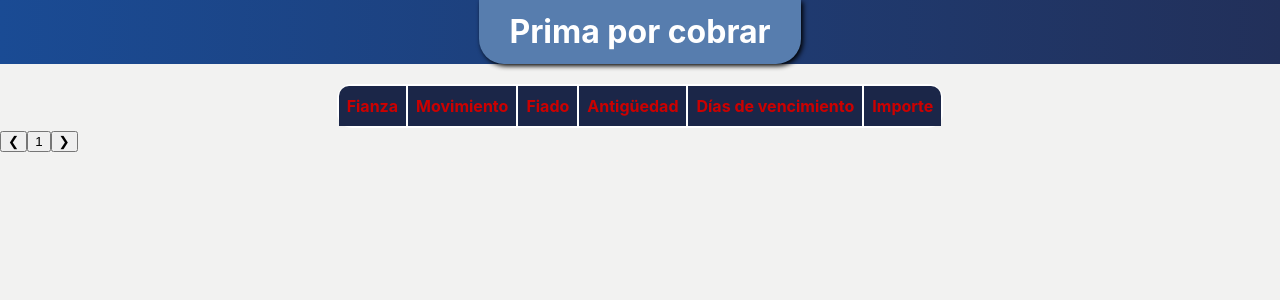
Repository: PCGP22/prueba-t-cnica-liberty-finanzas
Page: / (app in Prueba técnica full-stack/client/)
The author's editor kept a copy of each file at every save. The page is drawn from the files as they stood at one save, then again after the next save.
The browser window is 1280 px wide. The pictures show the whole page.
The pointer rests on the first visible `table tr:nth-child(2n-1)`.
The page's requests for data from a server got no answer. The project was rebuilt for these pictures with package versions that can differ from the ones it lists, and the page was loaded fresh each time. No one was signed in, and anything a server would have sent is missing. Also part of the build but not shown: Prueba técnica full-stack/client/vite.config.js, Prueba técnica full-stack/client/src/components/Card.jsx, Prueba técnica full-stack/client/src/components/CardsContainer.jsx, Prueba técnica full-stack/client/src/components/Filters.jsx.

Above is the page before, as saved 2023-11-14 08:16:49.

After the next save:
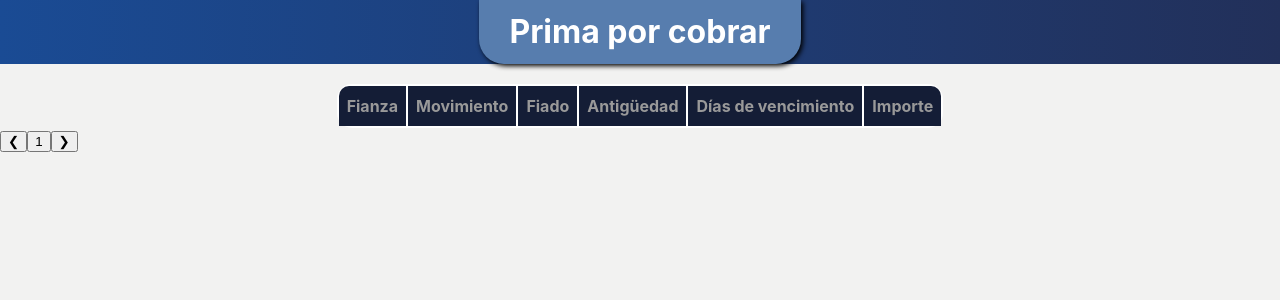
Saved 13 s later.
--- a/Prueba técnica full-stack/client/src/index.css
+++ b/Prueba técnica full-stack/client/src/index.css
@@ -162,6 +162,6 @@ table tr:nth-child(2n):hover{
   filter:brightness(120%)
 }
 table tr:nth-child(2n-1):hover{
-  color:red;
-  filter:brightness(80%)
+  /* color:red; */
+  filter:brightness(60%)
 }
